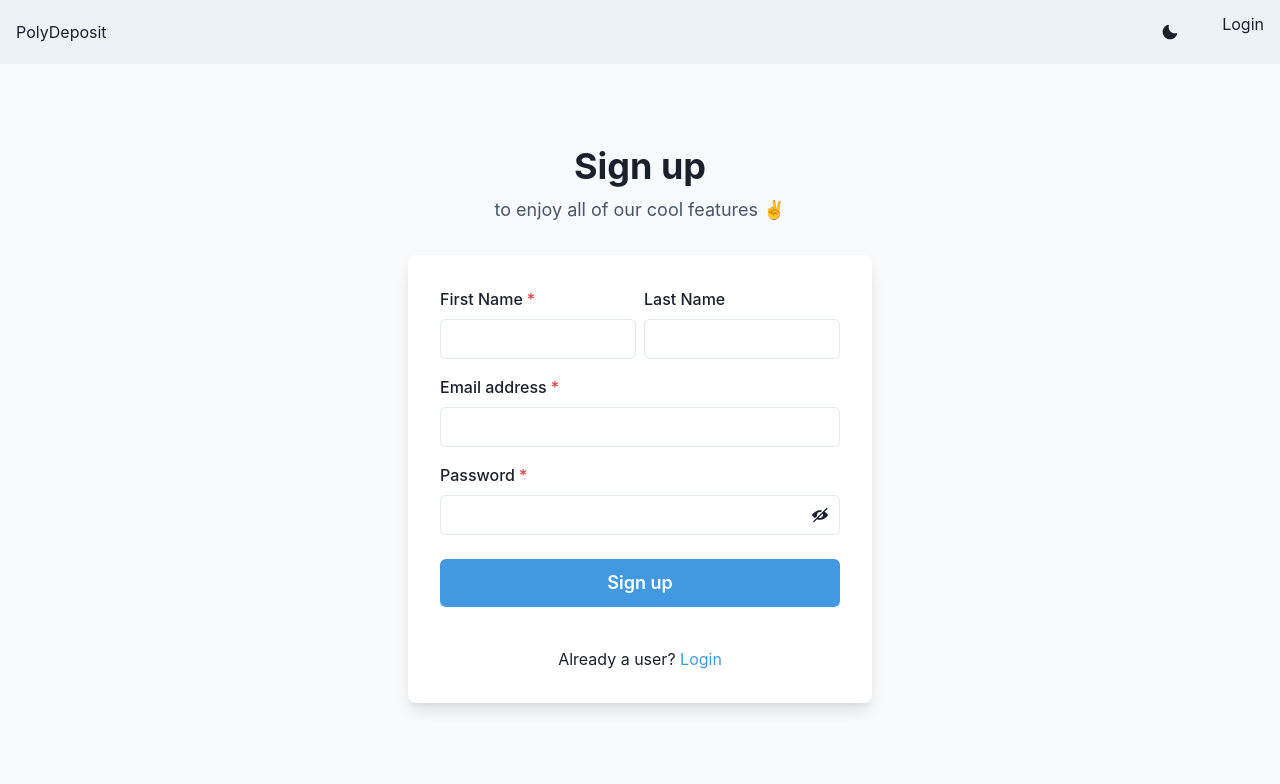
Repository: junghochoi-playground/PolyDeposit
Page: /login (app in poly-deposit-fe/)
The author's editor kept a copy of each file at every save. The page is drawn from the files as they stood at one save, then again after the next save.
The browser window is 1280 px wide. The pictures show the whole page.
The project was rebuilt for these pictures with package versions that can differ from the ones it lists, and the page was loaded fresh each time. The framework's server and built-in components were replaced by stand-ins that run in the browser. Also part of the build but not shown: poly-deposit-fe/next.config.js.

Above is the page before, as saved 2022-07-09 17:11:19.

After the next save:
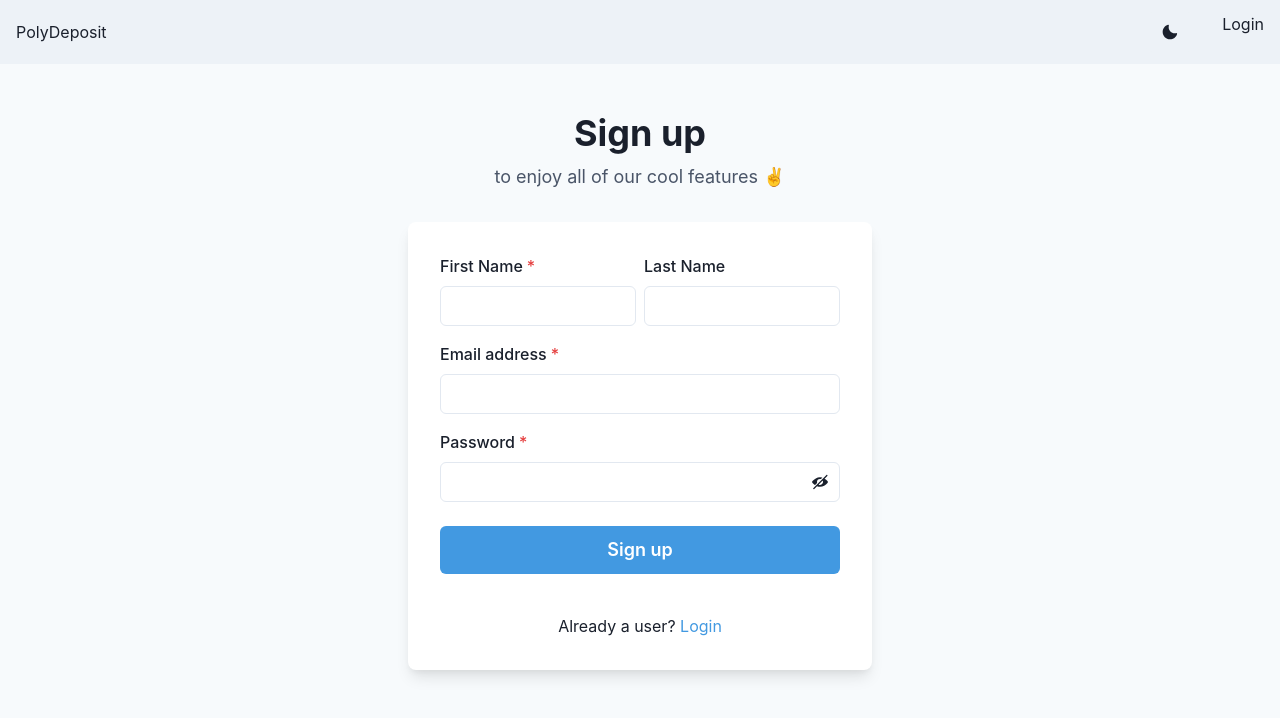
Saved 15 s later.
--- a/poly-deposit-fe/pages/login/index.tsx
+++ b/poly-deposit-fe/pages/login/index.tsx
@@ -22,7 +22,7 @@ import {
 
     return (
       <Flex
-        minH={'100vh'}
+        // minH={'100vh'}
         align={'center'}
         justify={'center'}
         bg={useColorModeValue('gray.50', 'gray.800')}>
